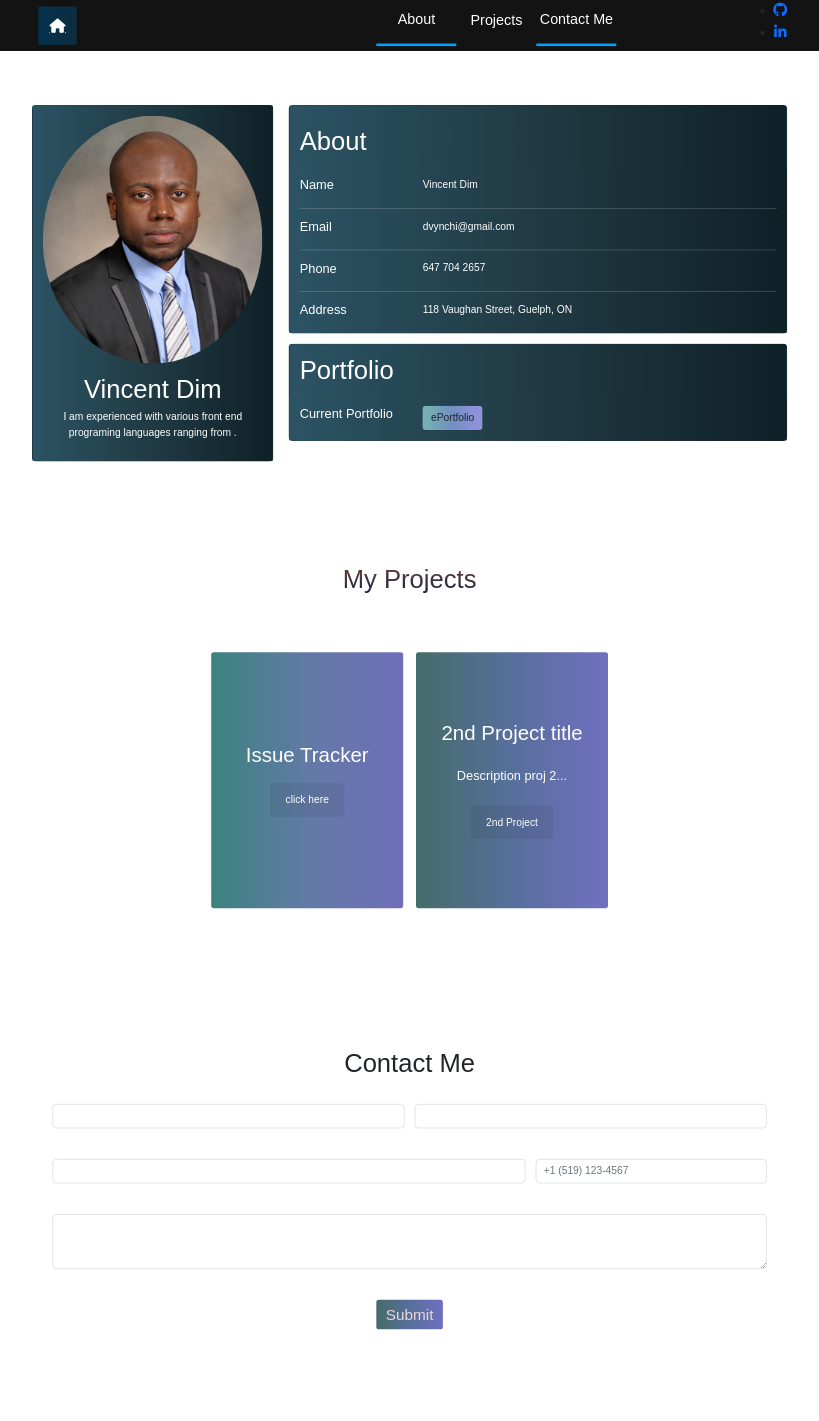
Repository: dvynchi/profile-2022
Page: index.html
An editor plug-in stored every save of this project. The page is shown before and after the next save, followed by the edit.
The browser window is 1280 px wide. The pictures show the whole page, at 64% of full size.
Some web libraries are served in a nearby version.

Above is the page before, as saved 2022-08-22 22:40:09.

After the next save:
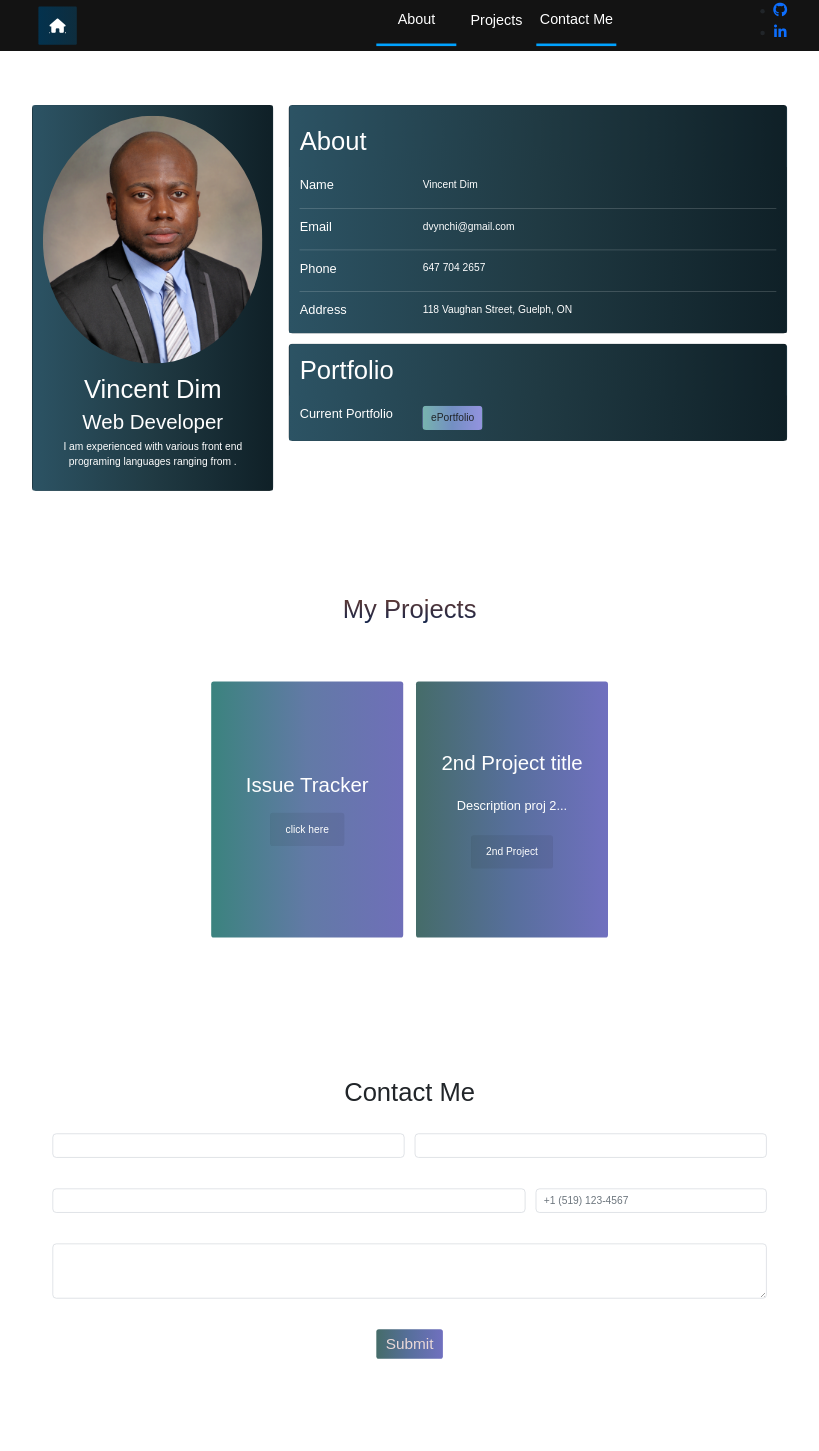
Saved 75 s later.
--- a/index.html
+++ b/index.html
@@ -59,7 +59,7 @@
                             <img src="./images/profile-pic-crop.png" class="rounded-circle" width="315" alt="profile picture">
                             <div class="mt-3">
                                 <h3>Vincent Dim</h3>
-                                <!-- <h2>Web Developer</h2> -->
+                                <h2>Web Developer</h2>
                                 <p>I am experienced with various front end programing languages ranging from .</p>
                             </div>
                         </div>
